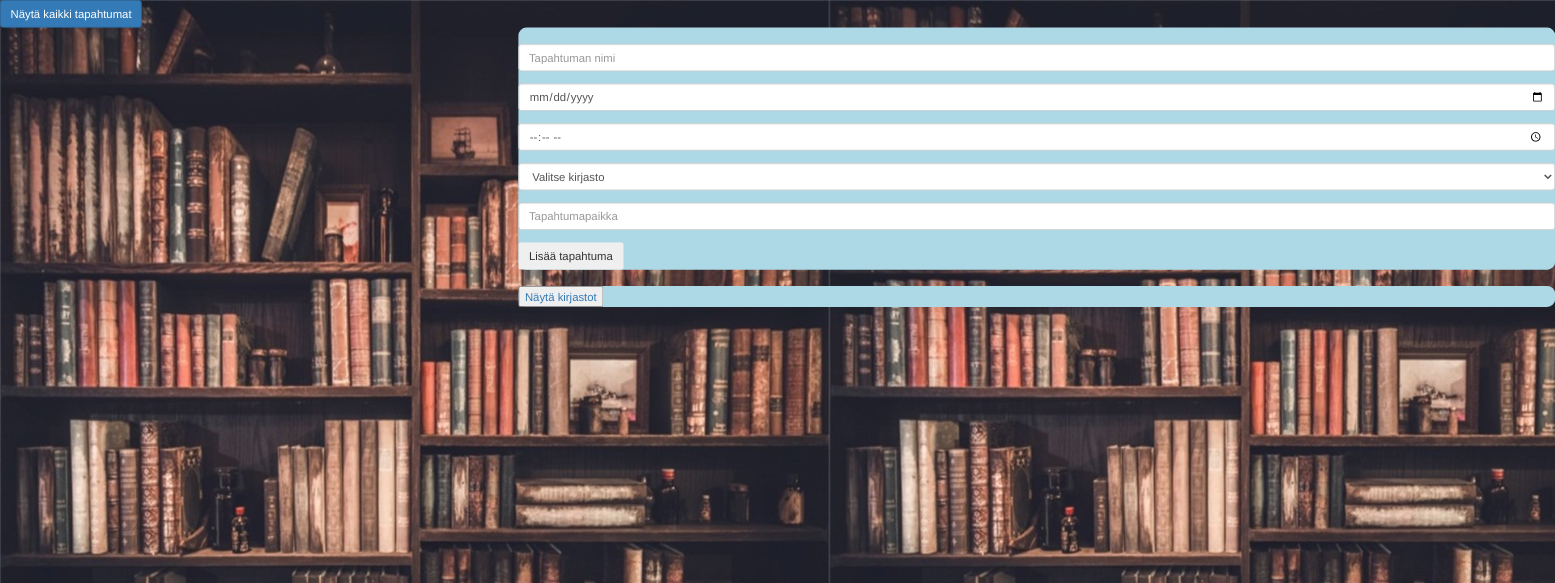
Repository: VadimZubchenko/Kirjastotapahtumat
Page: Webpage/index.html
These files come from the project's save history. The page is drawn as it stood at one moment and after the next save; the edit follows.
The browser window is 1280 px wide. The page is 1920 px wide, so the pictures cover 1920 px, including what lies to the right of the window. The pictures show the whole page, at 81% of full size.
The page's requests for data from a server got no answer.

Above is the page before, as saved 2023-11-23 14:50:08.

After the next save:
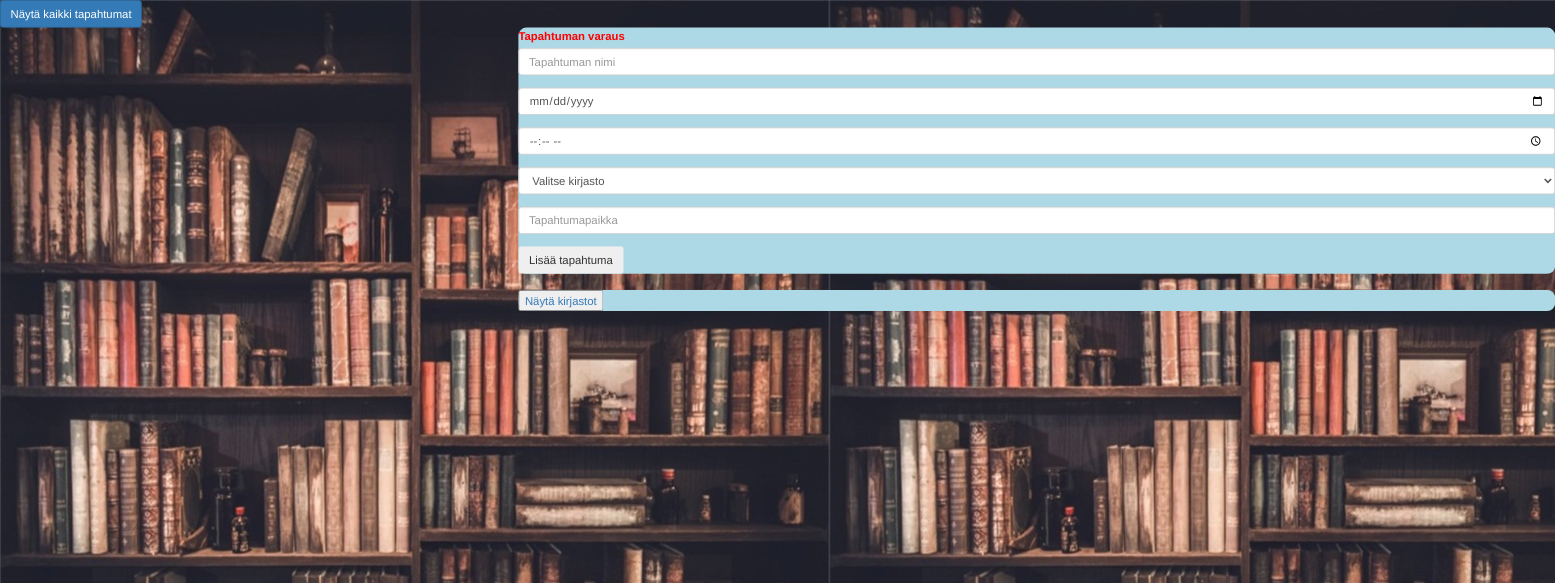
Saved 4 min 39 s later.
--- a/Webpage/index.html
+++ b/Webpage/index.html
@@ -113,35 +113,37 @@
         </div>
       </div>
     </div>
-    <form action="/event_create" method="POST">
-      <div class="form-group">
-        <label></label>
-        <input
-          type="text"
-          class="form-control"
-          name="eventname"
-          placeholder="Tapahtuman nimi"
-        />
-      </div>
-      <div class="form-group">
-        <input type="date" name="eventdate" class="form-control" />
-      </div>
-      <div class="form-group">
-        <input type="time" name="eventtime" class="form-control" />
-      </div>
-      <div class="form-group">
-        <select id="dropdown" name="kirjasto" class="form-control"></select>
-      </div>
-      <div class="form-group">
-        <input
-          type="text"
-          name="location"
-          placeholder="Tapahtumapaikka"
-          class="form-control"
-        />
-      </div>
-      <button type="submit" class="btn">Lisää tapahtuma</button>
-    </form>
+    <card class="card-box p-5">
+      <form action="/event_create" method="POST">
+        <div class="form-group">
+          <label style="color: red">Tapahtuman varaus</label>
+          <input
+            type="text"
+            class="form-control"
+            name="eventname"
+            placeholder="Tapahtuman nimi"
+          />
+        </div>
+        <div class="form-group">
+          <input type="date" name="eventdate" class="form-control" />
+        </div>
+        <div class="form-group">
+          <input type="time" name="eventtime" class="form-control" />
+        </div>
+        <div class="form-group">
+          <select id="dropdown" name="kirjasto" class="form-control"></select>
+        </div>
+        <div class="form-group">
+          <input
+            type="text"
+            name="location"
+            placeholder="Tapahtumapaikka"
+            class="form-control"
+          />
+        </div>
+        <button type="submit" class="btn">Lisää tapahtuma</button>
+      </form>
+    </card>
 
     <!-- Hannu koodit -->
     <br />
